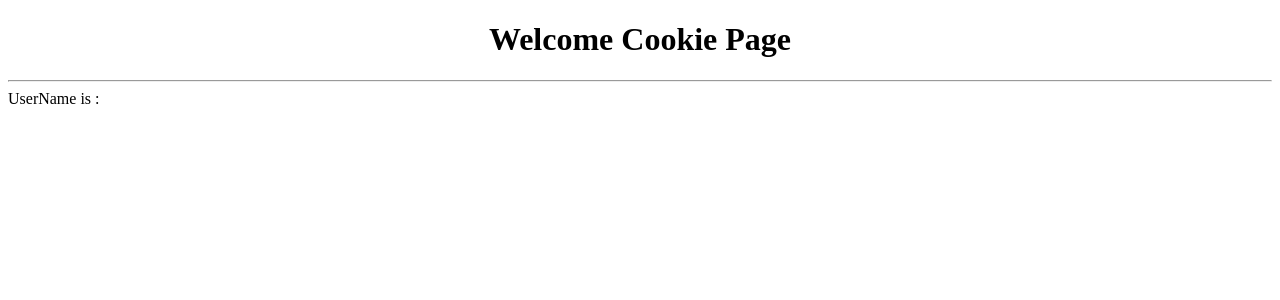
Repository: Ramakrishnmagadum/Testing_Branch
Page: http://localhost/SesssionManagement/cookieAnnotation
The author's editor kept a copy of each file at every save. The page is drawn from the files as they stood at one save, then again after the next save.
The browser window is 1280 px wide. The pictures show the whole page.
The page is served by Tomcat 9.

Above is the page before, as saved 2025-05-01 18:40:55.

After the next save:
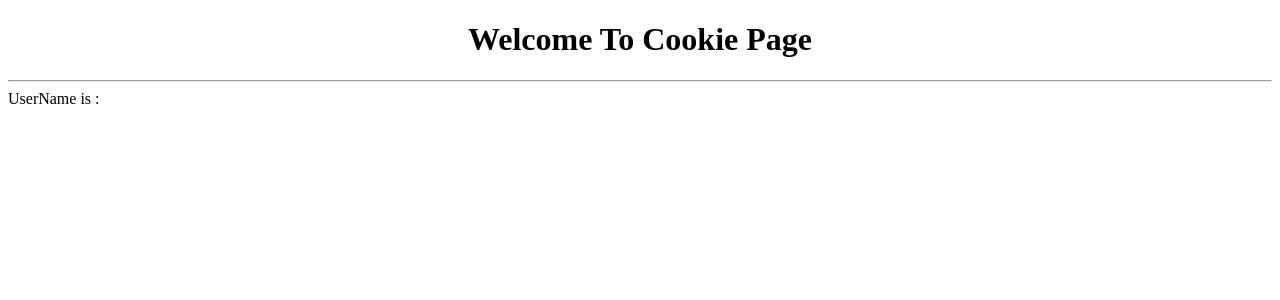
Saved 50 s later.
--- a/SesssionManagement/src/main/webapp/WEB-INF/view/cookieAnnotation.jsp
+++ b/SesssionManagement/src/main/webapp/WEB-INF/view/cookieAnnotation.jsp
@@ -9,7 +9,7 @@
 </head>
 <body>
 	<center>
-		<h1>Welcome Cookie Page</h1>
+		<h1>Welcome To Cookie Page</h1>
 	</center>
 	<hr>
 	UserName is : ${username}
